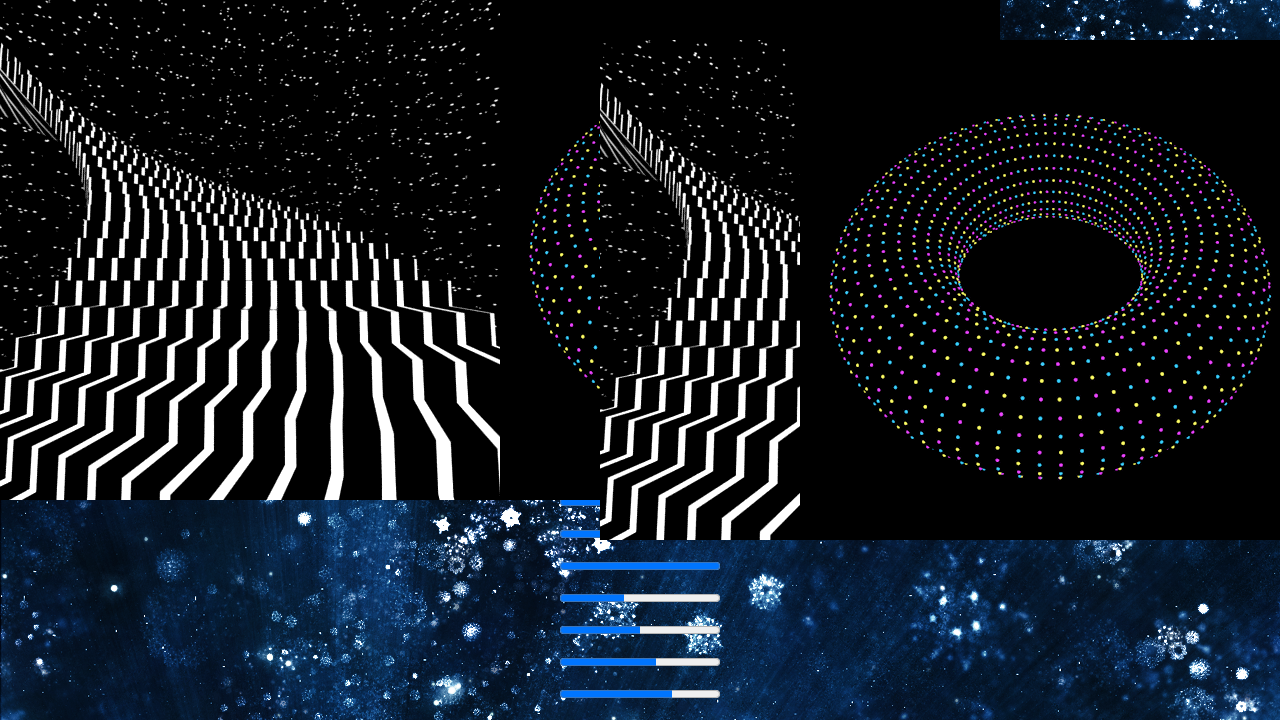
Repository: hanj291/hanj291.github.io
Page: CSS_composition/page5.html
The author's editor kept a record of every edit. The page is drawn from the files as they stood at one moment, then again after the next edit.
The browser window is 1280 px wide. The pictures show the whole page.

Above is the page before.

### CSS_composition/page5.html
<html>

	<head>
		<center>

		<h1><p style="color:#AFFAED">&#10054;LAST PAGE&#10054;</p></h1>
		<link href="page5css.css" rel="stylesheet">
	</head>
	<body>
		<div class= i1></div>
		<div class=i2></div>
		<div class=i3></div>
		<div class=i4></div>
		<div class=i5>
		<p><progress value="10" max="100"></progress>
		<p><progress value="20" max="100"></progress>
		<p><progress value="30" max="100"></progress>
		<p><progress value="80" max="100"></progress>
		<p><progress value="90" max="100"></progress>
		<p><progress value="100" max="100"></progress>
		<p><progress value="40" max="100"></progress>
		<p><progress value="50" max="100"></progress>
		<p><progress value="60" max="100"></progress>
		<p><progress value="70" max="100"></progress></div>

	<div class=i6>
		<p><progress value="10" max="100"></progress>
		<p><progress value="20" max="100"></progress>
		<p><progress value="30" max="100"></progress>
		<p><progress value="80" max="100"></progress>
		<p><progress value="90" max="100"></progress>
		<p><progress value="100" max="100"></progress>
		<p><progress value="40" max="100"></progress>
		<p><progress value="50" max="100"></progress>
		<p><progress value="60" max="100"></progress>
		<p><progress value="70" max="100"></progress></div>

	</body>
</html>

### CSS_composition/page5css.css
body {
    background-image: url(image/snow.jpeg);
}
.qq {
   z-index: 3;
}
.i1 {
    width: 500px;
    height: 500px;
    position: absolute;
    left: 0px;
    top: 0px;
    z-index: -1;
    background-image: url(image/cc.gif);
}
.i2 {
    width: 500px;
    height: 500px;
     position: absolute;
    left: 500px;
    top: 00px;
    z-index: 0;
    background-image: url(image/dd.gif);
}
.i3 {
     width: 500px;
    height: 500px;
    position: absolute;
    left:600px;
    top: 40px;
    z-index: 1;
    background-image: url(image/cc.gif);
}
.i4 {
    width: 500px;
    height: 500px;
     position: absolute;
    left: 800px;
    top: 40px;
    z-index: 2;
    background-image: url(image/dd.gif);
}

After the next edit:
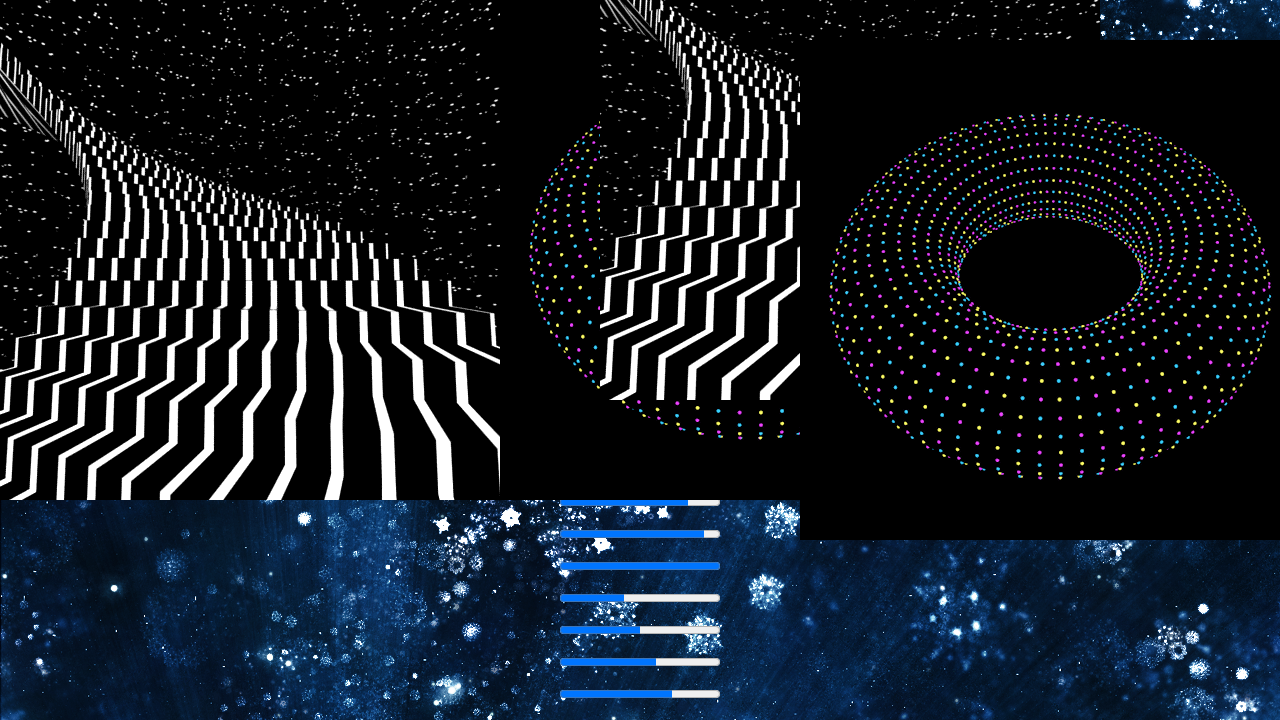
The edit:
--- a/CSS_composition/page5css.css
+++ b/CSS_composition/page5css.css
@@ -27,7 +27,7 @@
     height: 500px;
     position: absolute;
     left:600px;
-    top: 40px;
+    top: -100px;
     z-index: 1;
     background-image: url(image/cc.gif);
 }
